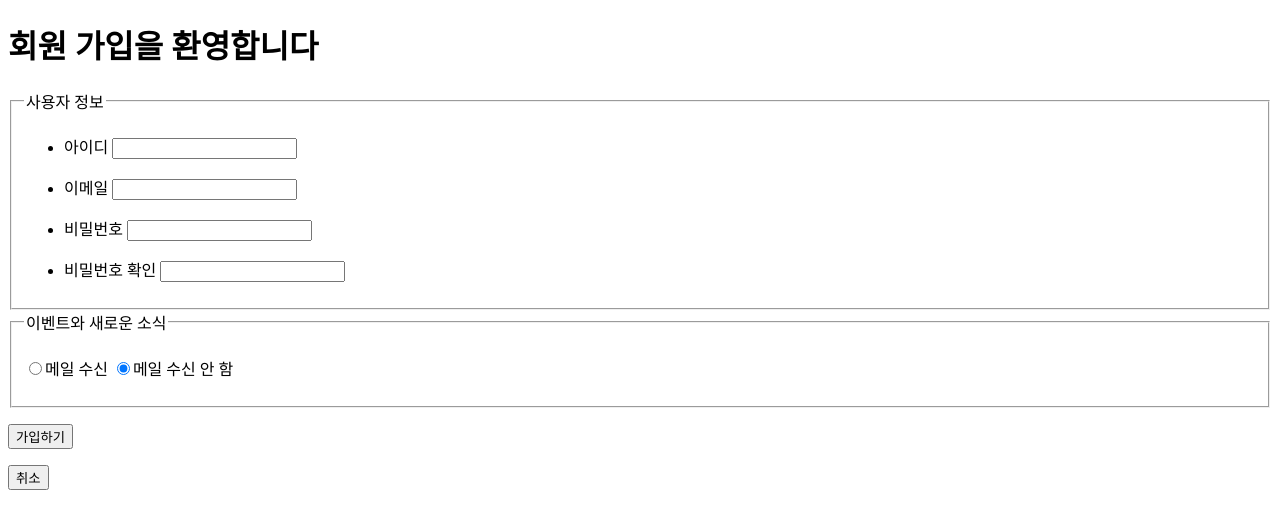
Repository: claddds/2023_webstudy
Page: 01_html/src/main/webapp/day04/ex03_test01.html
An editor plug-in stored every save of this project. The page is shown before and after the next save, followed by the edit.
The browser window is 1280 px wide. The pictures show the whole page.

Above is the page before, as saved 2023-06-22 03:16:59.

After the next save:
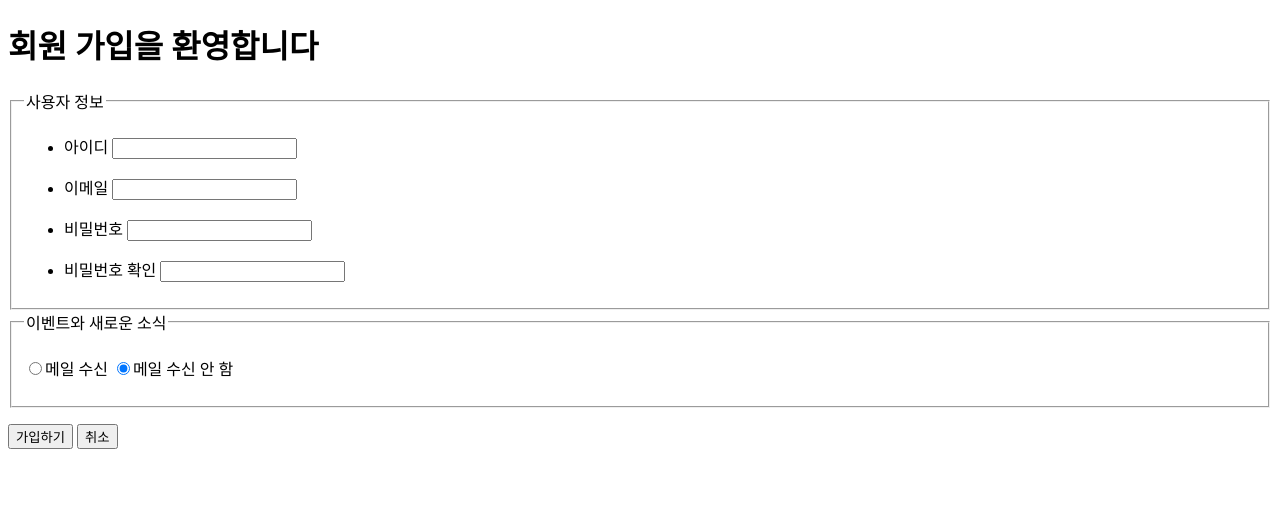
Saved 40 s later.
--- a/01_html/src/main/webapp/day04/ex03_test01.html
+++ b/01_html/src/main/webapp/day04/ex03_test01.html
@@ -31,8 +31,9 @@
 					<input type="radio" name="mail" value="2" checked>메일 수신 안 함
 				</p>
 		</fieldset>
-		<p><input type="submit" value="가입하기"></p>
-		<p><input type="reset" value="취소"></p>
+		<p>
+			<input type="submit" value="가입하기"> <input type="reset" value="취소">
+		</p>
 	</form>
 </body>
 </html>
